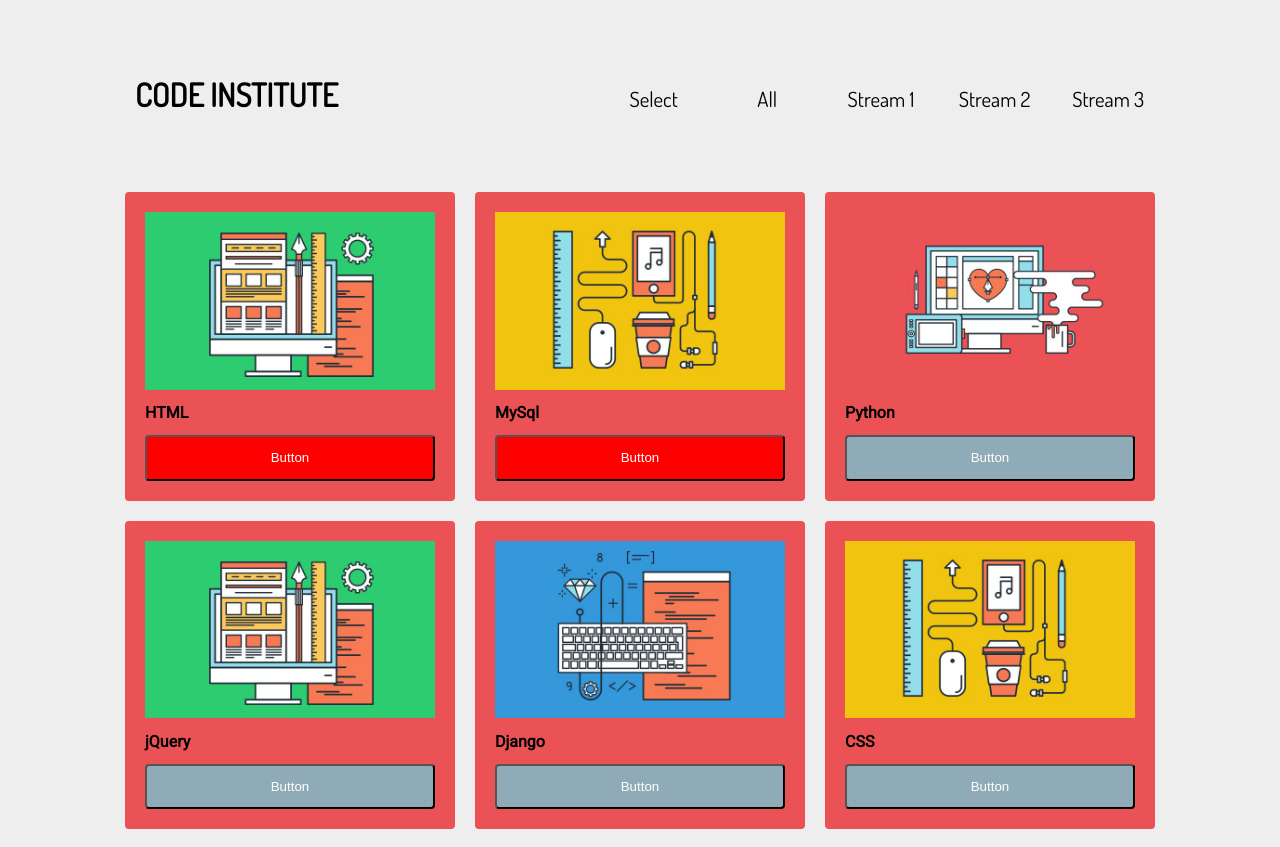
Repository: hidayatmansuri/jQueryEvents
Page: Cards-jquery.html
The author's editor kept a record of every edit. The page is drawn from the files as they stood at one moment, then again after the next edit.
The browser window is 1280 px wide. The pictures show the whole page.
After loading, the first visible `div.card` was clicked once.
Some web libraries are served in a nearby version.

Above is the page before.

After the next edit:
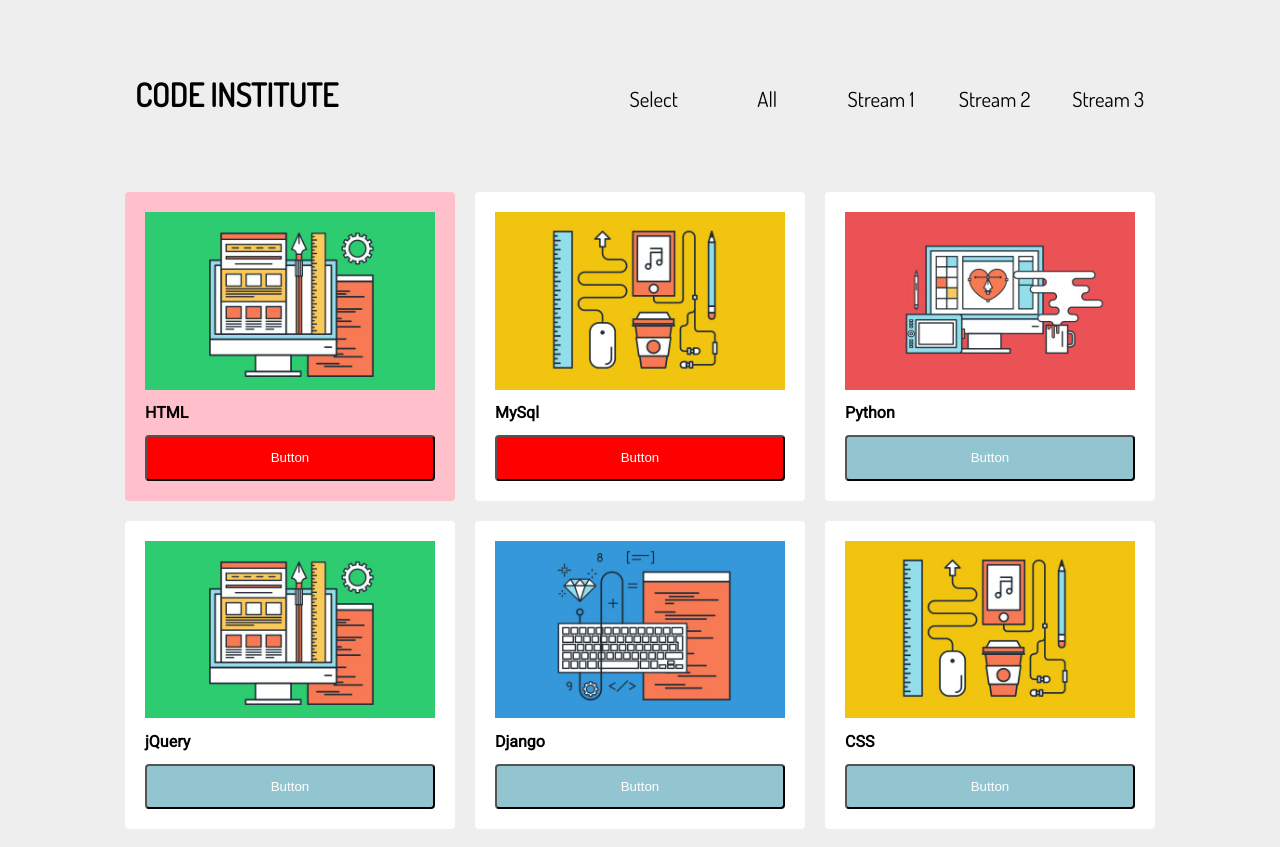
The edit:
--- a/script.js
+++ b/script.js
@@ -69,8 +69,8 @@
     });*/
     $(".card").click(function(){
         //$(this).next().children("p").slideUp();
-        //$(".card").toggleClass("highlight");
-        $(".card").css('background-color', '#EB5255');
+        $(this).toggleClass("highlight");
+        //$(this).css('background-color', '#EB5255');
         //$(this).siblings("p").slideUp();
         //$(this).children("p").slideUp();
 
